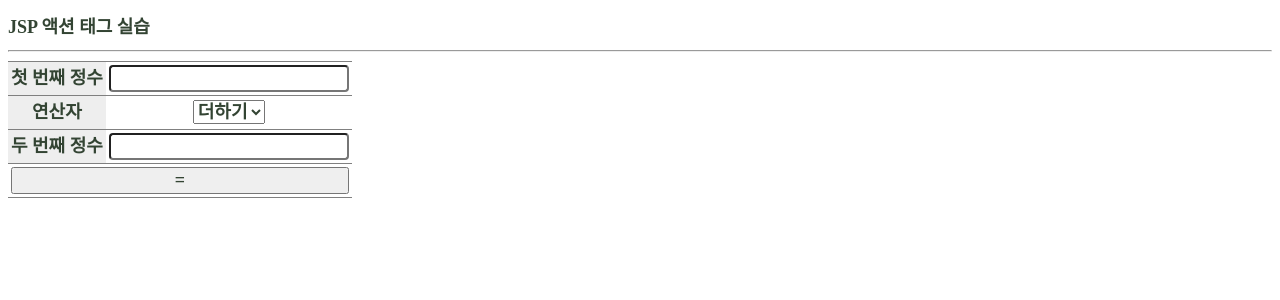
Repository: hyyrim/WebStudy
Page: http://localhost/WebApp16/Calc.jsp
The author's editor kept a copy of each file at every save. The page is drawn from the files as they stood at one save, then again after the next save.
The browser window is 1280 px wide. The pictures show the whole page.
The page is served by Tomcat 9. Other server files are loaded and not shown.

Above is the page before, as saved 2021-05-20 03:09:15.

### WebApp16/WebContent/Calc.jsp
<%@ page contentType="text/html; charset=UTF-8"%>
<!DOCTYPE html>
<html>
<head>
<meta charset="UTF-8">
<title>Calc.jsp</title>
<link rel="stylesheet" type="text/css" href="css/default.css">

<script type="text/javascript">

</script>

</head>
<body>

<div>
	<h1>JSP 액션 태그 실습</h1>
	<hr>
</div>

<div>
	<form>
		<table class="table">
			<tr>
				<th>첫 번째 정수</th>
				<td>
					<input type="text" name="su1" class="txtNum">
				</td>
			</tr>
			<tr>
				<th>연산자</th>
				<td>
					<select name="op">
						<option value="+">더하기</option>
						<option value="-">빼기</option>
						<option value="*">곱하기</option>
						<option value="/">나누기</option>
					</select>
				</td>
			</tr>
			<tr>
				<th>두 번째 정수</th>
				<td>
					<input type="text" name="su2" class="txtNum">
				</td>
			</tr>
			<tr>
				<td colspan="2">
					<button type="submit" class="btn" style="width: 100%;"> = </button>
				</td>
			</tr>

		</table>
	</form>
</div>


</body>
</html>

### WebApp16/WebContent/css/default.css
@charset "UTF-8";

*
{
	font-size: 18px;
	color: #343;
	font-family: 맑은 고딕;
	font-weight: bold;
}

input
{
	border-radius: 4px;
}

button:hover
{
	color: orange;
}

.table
{
	border-collapse: collapse;
}

.table th, .table td
{
	border: 1px solid gray;
	border-left: 0px;
	border-right: 0px;

	padding: 3px;
	line-height: 150%;
	text-align: center;
}

.table th
{
	font-weight: bold;
	background-color: #EEE;
}

.btn01
{
	font-size: 10px;
	color: blue;
	width: 45px;
	height: 30px;
}

.btn02
{
	font-size: 10px;
	color: gray;
	width: 45px;
	height: 30px;
}

.btn02:hover
{
	color: gray;
}

.errMsg
{
	font-size: small;
	color: red;
	display: none;
}

.numTh
{
	width: 50px;
}

.nameTh
{
	width: 100px;
}

.telTh
{
	width: 150px;
}

.manageTh
{
	width: 200px;
}

.txtScore
{
	width: 100px;
	text-align: right;
}

After the next save:
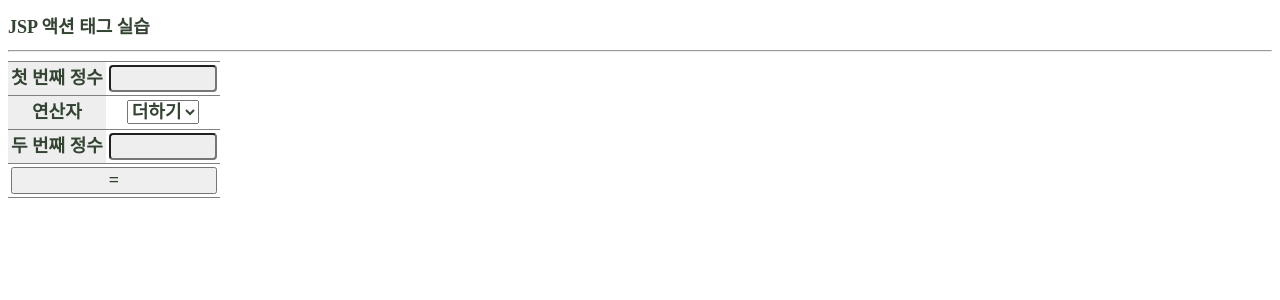
Saved 28 s later.
--- a/WebApp16/WebContent/Calc.jsp
+++ b/WebApp16/WebContent/Calc.jsp
@@ -5,6 +5,9 @@
 <meta charset="UTF-8">
 <title>Calc.jsp</title>
 <link rel="stylesheet" type="text/css" href="css/default.css">
+<style type="text/css">
+	.txtNum {width: 100px; text-align: right; background-color: #eee;}
+</style>
 
 <script type="text/javascript">
 
